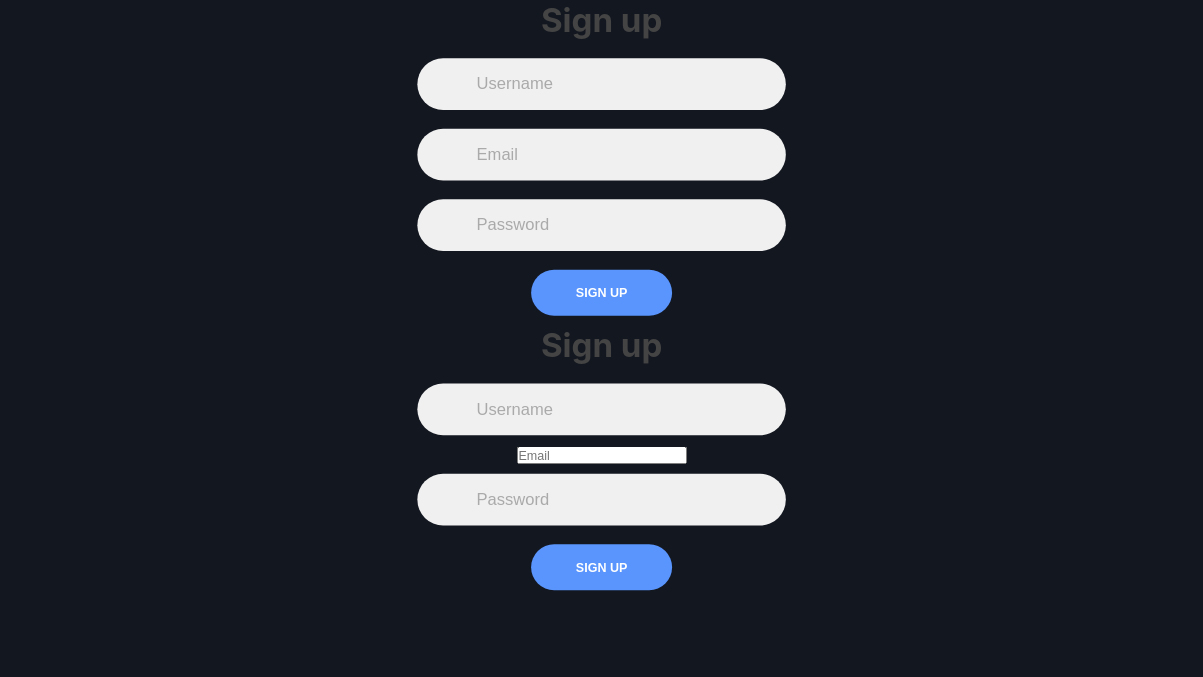
Repository: sarfaraz1611/NitteMovie.github.io
Page: regis.html
The author's editor kept a copy of each file at every save. The page is drawn from the files as they stood at one save, then again after the next save.
The browser window is 1280 px wide. The pictures show the whole page, at 94% of full size.

Above is the page before, as saved 2022-07-15 23:56:01.

### regis.html
<!DOCTYPE html>
<html lang="en">
<head>
    <meta charset="UTF-8">
    <meta http-equiv="X-UA-Compatible" content="IE=edge">
    <meta name="viewport" content="width=
    , initial-scale=1.0">
    <title>Document</title>
    <link rel="stylesheet" href="./assets/css/main.css">
</head>
<body>
    <div class="container">
        <div class="left">
            <form action="#" class="">
            <h2 class="title">Sign up</h2>
            <div class="input-field">
                <i class="fas fa-user"></i>
                <input type="text" placeholder="Username" />
            </div>
            <div class="input-field">
                <i class="fas fa-envelope"></i>
                <input type="email" placeholder="Email" />
            </div>
            <div class="input-field">
                <i class="fas fa-lock"></i>
                <input type="password" placeholder="Password" />
            </div>
            <input type="submit" class="btn" value="Sign up" />

        </form>
        </div>
        <div class="right">

            <form action="#" class="">
            <h2 class="title">Sign up</h2>
            <div class="input-field">
                <i class="fas fa-user"></i>
                <input type="text" placeholder="Username" />
            </div>
            <div class="">
                <i class="fas fa-envelope"></i>
                <input type="email" placeholder="Email" />
            </div>
            <div class="input-field">
                <i class="fas fa-lock"></i>
                <input type="password" placeholder="Password" />
            </div>
            <input type="submit" class="btn" value="Sign up" />

        </form>
        </div>
    </div>

</body>
</html>

### assets/css/main.css
:root {
  --live-indicator-shadow: hsla(0, 79%, 63%, 0.5);
  --rich-black-fogra-30:   hsl(219, 32%, 10%);
  --rich-black-fogra-29:   hsl(222, 25%, 10%);
  --oxford-blue-50:        hsla(218, 39%, 14%, 0.8);
  --oxford-blue:           hsl(218, 39%, 14%);
  --light-azure:           hsl(214, 84%, 56%);
  --off-white:             hsl(0, 0%, 88%);
  --white:                 hsl(0, 0%, 100%);
  --azure:                 hsl(211, 100%, 50%);



  --ff-inter: "Inter", sans-serif;

  --section-heading: 40px;



  --px: 50px;

}
@media only screen and (max-width: 1026px) {
  .banner {
      display: none;
  }
}



* {
  margin: 0;
  padding: 0;
  transition: all 0.5s ease;
}

h1, h2, h3, h4, h5, h6 { color: var(--white); }

html { font-family: var(--ff-inter); }

body {
  background: var(--rich-black-fogra-29);
  color: var(--off-white);
}
img {
  display: block;
  width: 100%;
  height: 100%;
  object-fit: cover;
}
a {
  text-decoration: none;
  display: block;
  color: var(--off-white);
}

header, nav { background: var(--rich-black-fogra-29); }

.navbar,
.banner,
.movies,
.category {
  padding: 0 var(--px);
}









.navbar {
  height: 100px;
  display:         flex;
  justify-content: space-between;
  align-items:     center;
}

.navbar-brand{width:251px;}




nav { margin-right: 250px; }

.navbar-nav { display: flex; }

.navbar-nav li{ margin-right: 60px; }

.navbar-link {
  font-size: var(--fs-sm);
  font-weight: var(--fw-5);
}

.navbar-link:hover { color: var(--light-azure); }




/* .navbar-signin {
  display:     flex;
  align-items: center;
  font-size: var(--fs-sm);
}



.navbar-signin:hover span { color: var(--light-azure); } */


.banner { margin-bottom: 60px; }

.banner-card {
  position: relative;
  height: 400px;
  overflow: hidden;
  border-radius: 20px;
  cursor: pointer;
}


.banner-img { object-position: top; }

.banner-card:hover .banner-img { transform: scale(1.1); }

.banner-card .card-content {
  position: absolute;
  right:  80px;
  bottom: 60px;
  left:   80px;
}

.banner-card .card-info {
  display:     flex;
  align-items: center;
  margin-bottom: 20px;
}

.banner-card .card-info div {
  display:     flex;
  align-items: center;
  margin-right: 20px;
}






.banner-card .card-title {
  font-size: 3em;
  color: var(--white);
  text-shadow: 2px 0 2px #0007;
}





.movies { margin-bottom: 60px; }








.movies-grid {
  display: grid;
  grid-template-columns: repeat(auto-fill, minmax(140px, 1fr));
  gap: 30px;
  margin-bottom: 60px;
}






.movie-card .card-head {
  position: relative;
  height: 250px;
  border-radius: 15px;
  margin-bottom: 15px;
  overflow: hidden;
}




.movie-card:hover .card-img { transform: scale(1.1); }





.movie-card .card-title {
  font-size: var(--fs-md);
  font-weight: var(--fw-5);
  margin-bottom: 5px;
}



.movie-card:hover .card-title { color: var(--light-azure); }




.movie-card .genre { margin-right: 8px; }
.play-card{
  padding-left:50px;
  padding-right:50px;
}








.category { margin-bottom: 60px; }

.category-grid {
  margin-top:25px;
  display: grid;
  grid-template-columns: repeat(4, 1fr);
  gap: 30px;
}

.category-card {
  position: relative;
  height: 150px;
  border-radius: 20px;
  overflow: hidden;
  cursor: pointer;
}



.category-card:hover .card-img { transform: scale(1.1); }

.category-card .name,
.category-card .total {
  position: absolute;
  bottom: 20px;
  color: var(--white);
  z-index: 20;
}

.category-card .name {
  left: 20px;
  font-size: 20px;
}



.category-card:hover .name { color: var(--light-azure); }



// login styles



.containers {
  position: relative;
  width: 100%;
  background-color: #fff;
  min-height: 100vh;
  overflow: hidden;
}



.signin-signup {
  position: absolute;
  top: 50%;
  transform: translate(-50%, -50%);
  left: 75%;
  width: 50%;
  transition: 1s 0.7s ease-in-out;
  display: grid;
  grid-template-columns: 1fr;
  z-index: 5;
}

form {
  display: flex;
  align-items: center;
  justify-content: center;
  flex-direction: column;
  padding: 0rem 5rem;
  transition: all 0.2s 0.7s;
  overflow: hidden;
  grid-column: 1 / 2;
  grid-row: 1 / 2;
}



.title {
  font-size: 2.2rem;
  color: #444;
  margin-bottom: 10px;
}

.input-field {
  max-width: 380px;
  width: 100%;
  background-color: #f0f0f0;
  margin: 10px 0;
  height: 55px;
  border-radius: 55px;
  display: grid;
  grid-template-columns: 15% 85%;
  padding: 0 0.4rem;
  position: relative;
}

.input-field i {
  text-align: center;
  line-height: 55px;
  color: #acacac;
  transition: 0.5s;
  font-size: 1.1rem;
}

.input-field input {
  background: none;
  outline: none;
  border: none;
  line-height: 1;
  font-weight: 600;
  font-size: 1.1rem;
  color: #333;
}

.input-field input::placeholder {
  color: #aaa;
  font-weight: 500;
}







.btn {
  width: 150px;
  background-color: #5995fd;
  border: none;
  height: 49px;
  border-radius: 49px;
  color: #fff;
  text-transform: uppercase;
  font-weight: 600;
  margin: 10px 0;
  cursor: pointer;
  transition: 0.5s;
}

.btn:hover {
  background-color: #4d84e2;
}

.panels-container {
  position: absolute;
  height: 100%;
  width: 100%;
  top: 0;
  left: 0;
  display: grid;
  grid-template-columns: repeat(2, 1fr);
}

/* .container:before {
  content: "";
  position: absolute;
  height: 2000px;
  width: 2000px;
  top: 10%;
  right: 48%;
  transform: translateY(-50%);
  background-image: linear-gradient(-45deg, #4481eb 0%, #04befe 100%);
  /* transition: 1.8s ease-in-out; */
  /* border-radius: 50%; */
  z-index: 2;
} */


.panel {
  /* display: flex;
  flex-direction: column;
  align-items: flex-end;
  justify-content: space-around;
  text-align: center; */
  z-index: 3;
  padding: 3rem 17% 2rem 12%;
} */

After the next save:
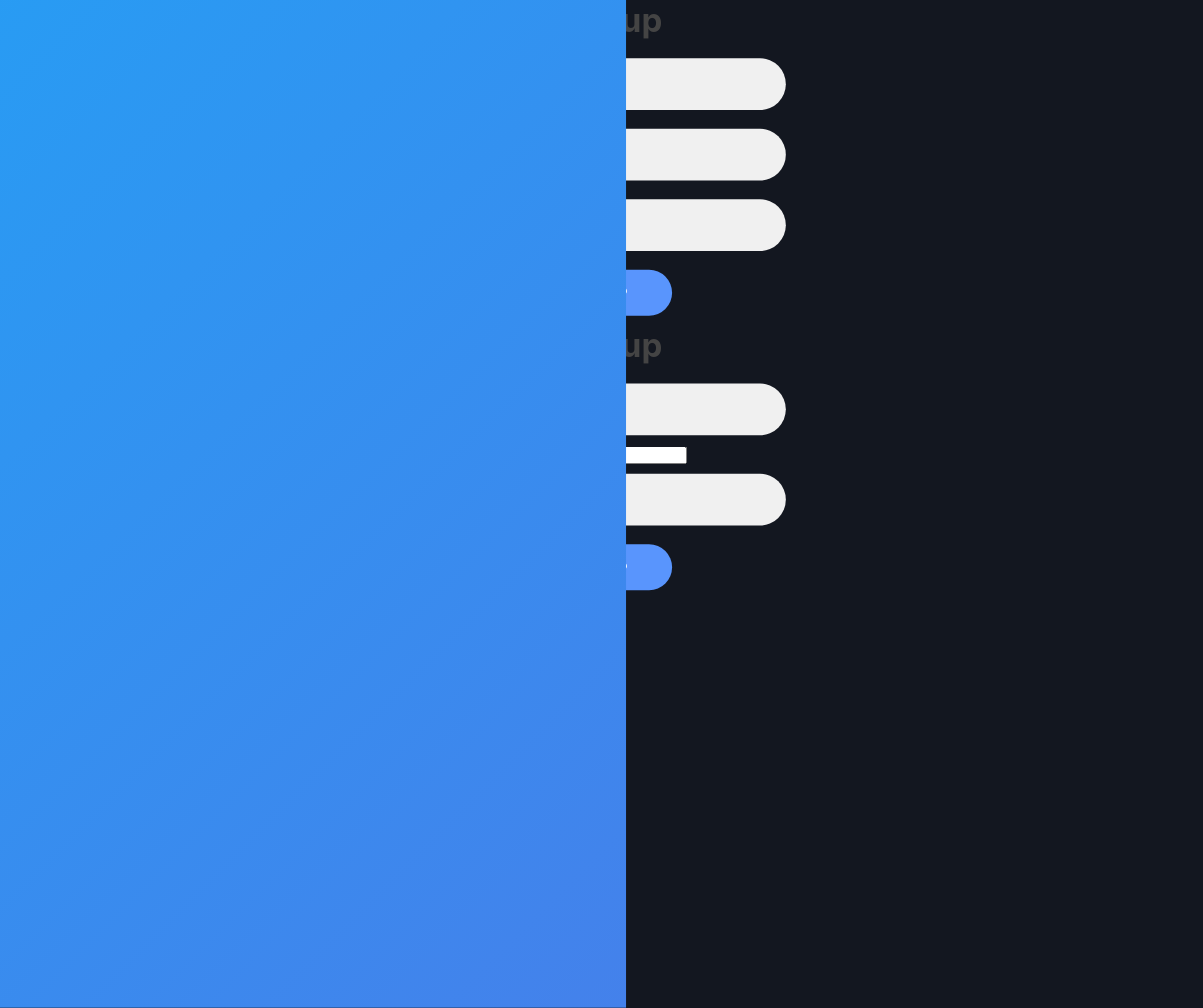
Saved 16 s later.
--- a/assets/css/main.css
+++ b/assets/css/main.css
@@ -379,7 +379,7 @@ form {
   grid-template-columns: repeat(2, 1fr);
 }
 
-/* .container:before {
+ .container:before {
   content: "";
   position: absolute;
   height: 2000px;
@@ -391,15 +391,15 @@ form {
   /* transition: 1.8s ease-in-out; */
   /* border-radius: 50%; */
   z-index: 2;
-} */
+}
 
 
 .panel {
-  /* display: flex;
+  display: flex;
   flex-direction: column;
   align-items: flex-end;
   justify-content: space-around;
-  text-align: center; */
+  text-align: center;
   z-index: 3;
   padding: 3rem 17% 2rem 12%;
 } */
